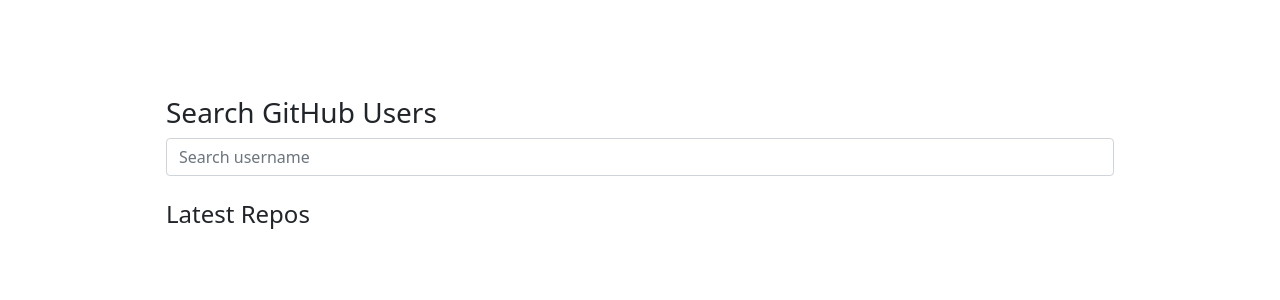
Repository: just-mann/github-finder.github.io
Page: index.html
These files come from the project's save history. The page is drawn as it stood at one moment and after the next save; the edit follows.
The browser window is 1280 px wide. The pictures show the whole page.
Some web libraries are served in a nearby version.

Above is the page before, as saved 2021-04-18 06:08:29.

### index.html
<!DOCTYPE html>
<html lang="en">
<head>
  <meta charset="UTF-8">
  <meta name="viewport" content="width=device-width, initial-scale=1.0">
  <title>GitHub Finder</title>
  <link rel="stylesheet" href="https://stackpath.bootstrapcdn.com/bootstrap/5.0.0-alpha1/css/bootstrap.min.css" integrity="sha384-r4NyP46KrjDleawBgD5tp8Y7UzmLA05oM1iAEQ17CSuDqnUK2+k9luXQOfXJCJ4I" crossorigin="anonymous">
  <script src="https://cdn.jsdelivr.net/npm/popper.js@1.16.0/dist/umd/popper.min.js" integrity="sha384-Q6E9RHvbIyZFJoft+2mJbHaEWldlvI9IOYy5n3zV9zzTtmI3UksdQRVvoxMfooAo" crossorigin="anonymous"></script>
  <script src="https://stackpath.bootstrapcdn.com/bootstrap/5.0.0-alpha1/js/bootstrap.min.js" integrity="sha384-oesi62hOLfzrys4LxRF63OJCXdXDipiYWBnvTl9Y9/TRlw5xlKIEHpNyvvDShgf/" crossorigin="anonymous"></script>
  <script type = "text/javascript" src = "https://ajax.googleapis.com/ajax/libs/jquery/2.1.3/jquery.min.js"></script>
  <!-- <script src="/bootstrap.min.css"></script> -->
  <link rel="stylesheet" href="./styles.css">
</head>
<body>
    <div class="container p-5">
        <div class="container-fluid p-5">
            <h3>Search GitHub Users</h3>
            <input class='form-control' type="text" placeholder="Search username" id="searchUser" />
            <div id="profile"></div>
            <h4 class='mt-4'>Latest Repos</h4>
            <div id="repo"></div>
        </div>
    </div>
    <script src='https://code.jquery.com/jquery-3.6.0.js' integrity="sha256-H+K7U5CnXl1h5ywQfKtSj8PCmoN9aaq30gDh27Xc0jk="
    crossorigin="anonymous"></script>
    <script src="./script.js"></script>
</body>
</html>

### styles.css
* {
    padding: 0;
    margin: 0;
    box-sizing: border-box;
}

.avatar {
    width: 100%;
}

### script.js
// console.log('Script works!!!');

// var dogs = {
//     Fido: "Mutt",  Hunter: "Doberman",  Snoopie: "Beagle"
// };

// console.log(dogs.Fido);


// var testObj = {
//     12: "Namath",
//     16: "Montana",
//     19: "Unitas"
// };

// console.log(testObj);


$(() => {

    $('#searchUser').on('keyup', (e) => {
        let username = e.target.value;
        $.ajax({
            url: `https://api.github.com/users/`+username,
            data: {
                client_id: 'a84e4d99766578be9ef4',
                client_secret: '0b7122e1b593e3d5c8035fcdacc4c0b85d75b1f4'
            }
        }).done((user) => {
            $.ajax({
                url: `https://api.github.com/users/`+username+'/repos',
                data: {
                     client_id: 'a84e4d99766578be9ef4',
                     client_secret: '0b7122e1b593e3d5c8035fcdacc4c0b85d75b1f4',
                     sort: 'created: asc',
                     per_page: 5
                }
            }).done((repos) => {
                $.each(repos, (index, repo) => {
                    $('#repo').append(`
                        <div class="well">
                            <div class="row">
                                <div class="col-md-7">
                                    <strong>${repo.name}</strong>: ${repo.description}
                                </div>
                                <div class="col-md-3">
                                    <span class="label label-default">Forks: ${repo.fork_count}</span>
                                    <span class="label label-primary">Watchers: ${repo.watchers_count}</span>
                                    <span class="label label-success">Stars: ${repo.stargazers_count}</span>
                                </div>
                                <div class="col-md-2">
                                    <a href=${repo.html_url} target='_blank' class="btn btn-secondary">Repo Page</a>
                                </div>
                            </div>
                        </div>
                    `)
                })
            })
            $('#profile').html(`
                <div class="panel-panel-default">
                    <div class="panel-heading">
                        <div class="panel-title">
                            <h3>${user.name}</h3>
                        </div>
                    </div>
                    <div class="panel-body">
                        <div class="row">
                                <div class="col-md-3">
                                    <img src=${user.avatar_url} alt="userImg" class="thumbnail avatar"/>
                                    <a target='_blank' class="btn btn-primary btn-block my-2">View Profile</a>
                                </div>
                                <div class="col-md-9">
                                    <span class="label label-default">Public Repos: ${user.public_repos}</span>
                                    <span class="label label-primary">Public Gists: ${user.public_gists}</span>
                                    <span class="label label-success">Followers: ${user.followers}</span>
                                    <span class="label label-info">Following: ${user.following}</span>
                                    <br/><br/>
                                    <ul class="list-group">
                                        <li class="list-group-item">${user.company}</li>
                                        <li class="list-group-item">${user.blog}</li>
                                        <li class="list-group-item">${user.location}</li>
                                        <li class="list-group-item">${user.created_at}</li>
                                    </ul>
                                </div>
                        </div>
                    </div>
                </div>
            `)
        })
    })
});

After the next save:
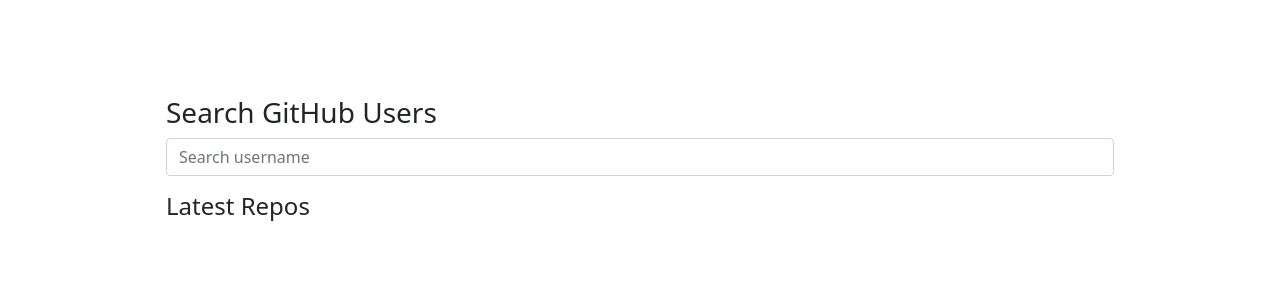
Saved 6 s later.
--- a/index.html
+++ b/index.html
@@ -17,7 +17,7 @@
             <h3>Search GitHub Users</h3>
             <input class='form-control' type="text" placeholder="Search username" id="searchUser" />
             <div id="profile"></div>
-            <h4 class='mt-4'>Latest Repos</h4>
+            <h4 class='mt-3'>Latest Repos</h4>
             <div id="repo"></div>
         </div>
     </div>
